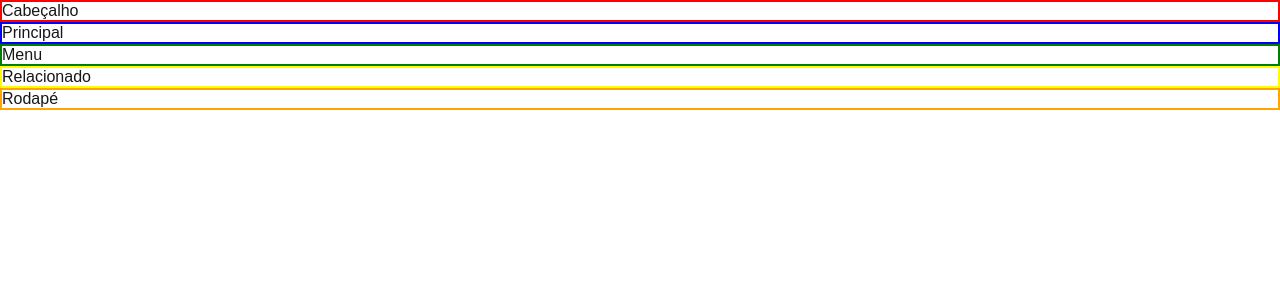
Repository: AleOi3/htmlTemplate
Page: /temp_one
These files come from the project's save history. The page is drawn as it stood at one moment and after the next save; the edit follows.
The browser window is 1280 px wide. The pictures show the whole page.
The project was rebuilt for these pictures with package versions that can differ from the ones it lists, and the page was loaded fresh each time. The framework's server and built-in components were replaced by stand-ins that run in the browser. Also part of the build but not shown: next.config.ts.

Above is the page before, as saved 2024-12-09 00:22:53.

After the next save:
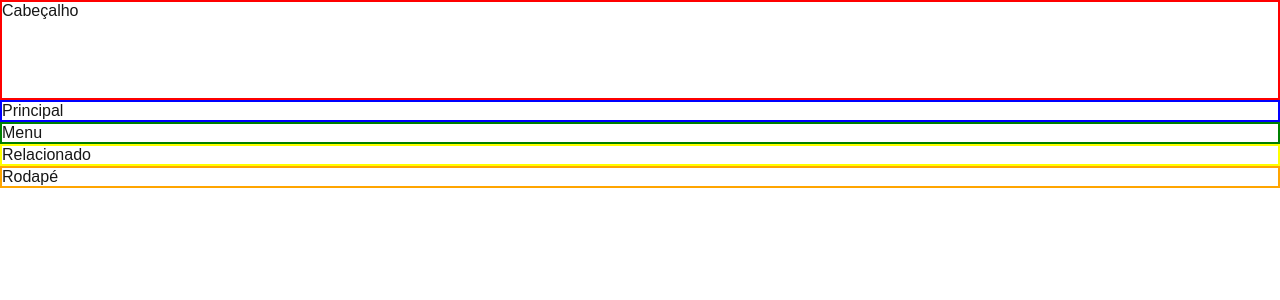
Saved 25 s later.
--- a/src/app/temp_one/page.tsx
+++ b/src/app/temp_one/page.tsx
@@ -1,6 +1,9 @@
 const TemplateOnePage = () => {
     return <>
-        <header style={{border: '2px solid red'}}>
+        <header style={{
+            border: '2px solid red',
+            height: 100
+        }}>
             Cabeçalho
         </header>
         <main style={{border: '2px solid blue'}}>Principal</main>
